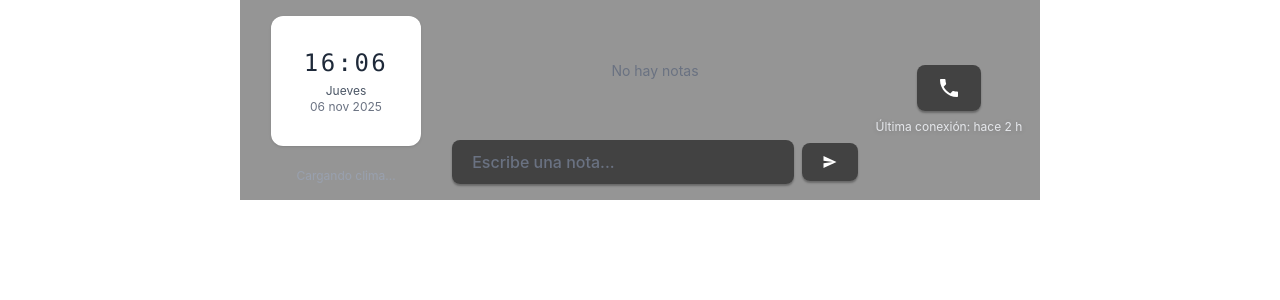
Repository: CodeByEvans/my-romantic-widget
Page: /
These files come from the project's save history. The page is drawn as it stood at one moment and after the next save; the edit follows.
The browser window is 1280 px wide. The pictures show the whole page.
The page's requests for data from a server got no answer. The project was rebuilt for these pictures with package versions that can differ from the ones it lists, and the page was loaded fresh each time. No one was signed in, and anything a server would have sent is missing. Also part of the build but not shown: vite.config.ts.

Above is the page before, as saved 2025-11-06 16:19:39.

### src/App.tsx
import "./App.css";
import { Clock } from "./components/Clock";
import { WeatherWidget } from "./components/WeatherWidget";
import { NotesList } from "./components/NotesList";
import { NoteInput } from "./components/NoteInput";
import { CallButton } from "./components/CallButton";

function App() {
  return (
    <main data-tauri-drag-region>
      {/* Clima + Reloj */}
      <section className="flex flex-col justify-between items-center h-full w-[180px] gap-2">
        <Clock />
        <WeatherWidget />
      </section>

      {/* Notas + input */}
      <section className="flex flex-col justify-between h-full flex-1">
        <NotesList />
        <NoteInput />
      </section>

      {/* Llamada */}
      <section className="flex flex-col justify-center items-center h-full w-[150px]">
        <CallButton />
        <p className="text-xs text-gray-200 mt-2 drop-shadow-sm">
          Última conexión: hace 2 h
        </p>
      </section>
    </main>
  );
}

export default App;

### src/App.css
@import "tailwindcss";

/* ======== CONFIGURACIÓN BASE ======== */
:root {
  font-family: Inter, Avenir, Helvetica, Arial, sans-serif;
  font-size: 16px;
  line-height: 24px;
  font-weight: 400;
  color: #f6f6f6;
  font-synthesis: none;
  text-rendering: optimizeLegibility;
  -webkit-font-smoothing: antialiased;
  -moz-osx-font-smoothing: grayscale;
  -webkit-text-size-adjust: 100%;
}

/* ======== ESTILO GLOBAL DE LA APP ======== */
main {
  position: relative;
  width: 800px;
  height: 200px;
  margin: 0 auto;
  display: flex;
  align-items: center;
  justify-content: space-between;
  gap: 1rem;
  padding: 1rem;

  /* Fondo cristal oscuro */
  background: rgba(20, 20, 20, 0.45);
  backdrop-filter: blur(18px) saturate(160%);
  -webkit-app-region: drag; /* Permitir mover la ventana */
}

/* ======== ELEMENTOS ======== */
input,
button {
  border-radius: 8px;
  border: 1px solid transparent;
  padding: 0.6em 1.2em;
  font-size: 1em;
  font-weight: 500;
  font-family: inherit;
  color: #fff;
  background-color: rgba(30, 30, 30, 0.7);
  transition: border-color 0.25s, background-color 0.25s;
  box-shadow: 0 2px 2px rgba(0, 0, 0, 0.3);
  -webkit-app-region: no-drag;
}

button:hover {
  border-color: #396cd8;
}

button:active {
  background-color: rgba(40, 40, 40, 0.7);
}

/* Enlaces */
a {
  font-weight: 500;
  color: #61dafb;
  text-decoration: inherit;
}

a:hover {
  color: #24c8db;
}

/* Otros elementos */
h1 {
  text-align: center;
}

### src/components/Clock.tsx
import { useEffect, useState } from "react";

export const Clock = () => {
  const [time, setTime] = useState(new Date());

  useEffect(() => {
    const interval = setInterval(() => {
      setTime(new Date());
    }, 1000);
    return () => clearInterval(interval);
  }, []);

  const hours = time.getHours().toString().padStart(2, "0");
  const minutes = time.getMinutes().toString().padStart(2, "0");

  const day = time.toLocaleDateString("es-ES", { weekday: "long" });
  const date = time.toLocaleDateString("es-ES", {
    day: "2-digit",
    month: "short",
    year: "numeric",
  });

  return (
    <div className="bg-white rounded-xl shadow-sm px-3 py-2 flex flex-col items-center justify-center w-[150px] h-[130px] backdrop-blur-sm">
      <p className="text-2xl font-mono tracking-widest text-gray-800">
        {hours}:{minutes}
      </p>
      <p className="text-xs text-gray-600 mt-1 capitalize">{day}</p>
      <p className="text-xs text-gray-500">{date}</p>
    </div>
  );
};

### src/components/WeatherWidget.tsx
import { JSX } from "react";
import { useWeather } from "../hooks/useWeather";
import {
  WiDaySunny,
  WiCloud,
  WiRain,
  WiSnow,
  WiThunderstorm,
  WiFog,
  WiDayHaze,
} from "react-icons/wi";

const weatherStyles: Record<string, { gradient: string; icon: JSX.Element }> = {
  Thunderstorm: {
    gradient: "from-indigo-800 via-purple-700 to-indigo-900 text-white",
    icon: <WiThunderstorm size={28} />,
  },
  Drizzle: {
    gradient: "from-sky-400 via-sky-500 to-blue-600 text-white",
    icon: <WiRain size={28} />,
  },
  Rain: {
    gradient: "from-blue-500 via-indigo-500 to-blue-700 text-white",
    icon: <WiRain size={28} />,
  },
  Snow: {
    gradient: "from-cyan-100 via-blue-100 to-blue-300 text-gray-700",
    icon: <WiSnow size={28} />,
  },
  Mist: {
    gradient: "from-gray-200 via-gray-300 to-gray-400 text-gray-800",
    icon: <WiFog size={28} />,
  },
  Haze: {
    gradient: "from-amber-200 via-amber-300 to-amber-400 text-gray-800",
    icon: <WiDayHaze size={28} />,
  },
  Clear: {
    gradient: "from-yellow-200 via-orange-300 to-pink-400 text-gray-900",
    icon: <WiDaySunny size={28} />,
  },
  Clouds: {
    gradient: "from-gray-300 via-gray-400 to-gray-600 text-gray-900",
    icon: <WiCloud size={28} />,
  },
  Fog: {
    gradient: "from-gray-300 via-gray-400 to-gray-500 text-gray-900",
    icon: <WiFog size={28} />,
  },
};

export const WeatherWidget = () => {
  const { data, loading, errorWeather } = useWeather();

  if (errorWeather)
    return <div className="text-xs text-red-400">{errorWeather}</div>;
  if (loading || !data)
    return <div className="text-xs text-gray-400">Cargando clima...</div>;

  const [city, info] = Object.entries(data)[0] || [];
  const temp = Math.round(info.main.temp);
  const condition = info.weather[0].main;

  const style = weatherStyles[condition] || weatherStyles["Clouds"];

  return (
    <div
      className={`relative flex flex-col items-center justify-center rounded-2xl
                  bg-gradient-to-br ${style.gradient} w-[150px] h-[100px]
                  backdrop-blur-md bg-opacity-70 shadow-[0_2px_10px_rgba(0,0,0,0.3)]
                  border border-white/20 overflow-hidden transition-all duration-500`}
    >
      {/* sutil capa de brillo animado */}
      <div className="absolute inset-0 bg-white/10 opacity-0 hover:opacity-20 transition-opacity duration-500" />

      {/* borde de reflejo superior */}
      <div className="absolute top-0 left-0 right-0 h-[1px] bg-white/40" />

      {/* contenido */}
      <div className="flex items-center gap-2">
        <div className="animate-pulse-slow">{style.icon}</div>
        <div className="flex flex-col items-start leading-tight">
          <h2 className="text-xs font-semibold tracking-wide drop-shadow-sm">
            {city}
          </h2>
          <p className="text-lg font-bold drop-shadow-sm">{temp}°C</p>
        </div>
      </div>
    </div>
  );
};

### src/components/NotesList.tsx
import { useRealTimeNotes } from "../hooks/useRealTimeNotes";

export const NotesList = () => {
  const notes = useRealTimeNotes();

  const sortedNotes = [...notes].sort(
    (a, b) =>
      new Date(b.created_at).getTime() - new Date(a.created_at).getTime()
  );

  const noteToShow = sortedNotes[0];
  if (!noteToShow)
    return (
      <div className="flex items-center justify-center h-[110px] text-gray-500 text-sm">
        No hay notas
      </div>
    );

  return (
    <div className="bg-white rounded-xl backdrop-blur-sm shadow-inner p-3 h-[110px] overflow-hidden">
      <div className="flex justify-between items-center mb-1">
        <h3 className="font-semibold text-sm text-gray-700">
          {noteToShow.from}
        </h3>
        <small className="text-xs text-gray-400">
          {new Date(noteToShow.created_at).toLocaleString()}
        </small>
      </div>
      <p className="text-gray-700 text-sm italic line-clamp-3">
        {noteToShow.message}
      </p>
    </div>
  );
};

### src/components/NoteInput.tsx
import { IoMdSend } from "react-icons/io";

export const NoteInput = () => {
  return (
    <form className="flex items-center gap-2 mt-2">
      <input
        type="text"
        placeholder="Escribe una nota..."
        className="flex-1 text-sm px-3 py-2 rounded-lg bg-white text-gray-800 placeholder-gray-500 focus:outline-none focus:ring-2 focus:ring-blue-300 transition-all"
      />
      <button
        type="submit"
        className="p-2 bg-blue-500 rounded-full text-white hover:bg-blue-600 transition-colors"
      >
        <IoMdSend size={16} />
      </button>
    </form>
  );
};

### src/components/CallButton.tsx
import { IoMdCall } from "react-icons/io";

export const CallButton = () => {
  return (
    <div className="flex flex-col items-center justify-center">
      <button className="p-4 bg-green-500 text-white rounded-full shadow-md hover:bg-green-600 hover:scale-105 transition-transform">
        <IoMdCall size={24} />
      </button>
    </div>
  );
};

### src/hooks/useWeather.ts
import { useEffect, useState } from "react";
import {
  getCityByCoordinates,
  getWeatherByCity,
} from "../services/weatherService";
import { WeatherData } from "../types/weather";
import { useGeolocation } from "./useGeolocation";

export const useWeather = () => {
  const { coords, error } = useGeolocation();
  const [data, setData] = useState<Record<string, WeatherData> | null>(null);
  const [loading, setLoading] = useState<boolean>(false);
  const [errorWeather, setErrorWeather] = useState<string | null>(null);

  useEffect(() => {
    if (error) setErrorWeather(error);
  }, [error]);

  useEffect(() => {
    if (!coords) return;

    const fetchWeather = async () => {
      setLoading(true);
      try {
        const city = await getCityByCoordinates(
          coords.latitude,
          coords.longitude
        );
        const weather = await getWeatherByCity(city[0].name);
        setData({ [city[0].name]: weather });
      } catch (error) {
        console.error(error);
      } finally {
        setLoading(false);
      }
    };

    fetchWeather();
  }, [coords]);

  return { data, loading, errorWeather };
};

### src/hooks/useRealTimeNotes.ts
import { useEffect, useState } from "react";
import z from "zod";
import { supabase } from "../services/supabaseClient";

const noteSchema = z.object({
  id: z.number(),
  from: z.string(),
  message: z.string(),
  created_at: z.string(),
});

type Note = z.infer<typeof noteSchema>;

export const useRealTimeNotes = () => {
  const [notes, setNotes] = useState<Note[]>([]);

  useEffect(() => {
    // Cargar notas iniciales
    supabase
      .from<"notes", Note>("notes")
      .select("*")
      .then(({ data, error }) => {
        if (data) {
          setNotes(data);
          console.log("Notas cargadas:", data);
        } else {
          console.error("Error fetching notes:", error);
        }
      });

    // Suscripción en tiempo real
    const channel = supabase
      .channel("public:notes")
      .on(
        "postgres_changes",
        { event: "*", schema: "public", table: "notes" },
        (payload) => {
          console.log("Cambio dettectado:", payload);

          if (payload.eventType === "INSERT") {
            const newNote = noteSchema.parse(payload.new);
            setNotes((prevNotes) => [...prevNotes, newNote]);
            console.log("Nota añadida:", newNote);
          } else if (payload.eventType === "UPDATE") {
            setNotes((prev) =>
              prev.map((note) =>
                note.id === payload.new.id
                  ? noteSchema.parse(payload.new)
                  : note
              )
            );
          } else if (payload.eventType === "DELETE") {
            setNotes((prev) =>
              prev.filter((note) => note.id !== payload.old.id)
            );
          }
        }
      )
      .subscribe();

    return () => {
      supabase.removeChannel(channel);
    };
  }, []);

  return notes;
};

### src/services/weatherService.ts
import { envs } from "../config/envs";

export const getWeatherByCity = async (city: string) => {
  const response = await fetch(
    `https://api.openweathermap.org/data/2.5/weather?q=${city}&appid=${envs.openWeatherApiKey}&units=metric`
  );

  if (!response.ok) {
    throw new Error("No se pudo obtener el clima");
  }
  return response.json();
};

export const getCityByCoordinates = async (lat: number, lon: number) => {
  const response = await fetch(
    `https://api.openweathermap.org/geo/1.0/reverse?lat=${lat}&lon=${lon}&limit=1&appid=${envs.openWeatherApiKey}`
  );

  if (!response.ok) {
    throw new Error("No se pudo obtener la ciudad");
  }

  return response.json();
};

### src/hooks/useGeolocation.ts
import { useEffect, useState } from "react";

export const useGeolocation = () => {
  const [coords, setCoords] = useState<{
    latitude: number;
    longitude: number;
  } | null>(null);
  const [error, setError] = useState<string | null>(null);

  useEffect(() => {
    if (!navigator.geolocation) {
      setError("Geolocalización no soportada por el navegador");
      return;
    }

    navigator.geolocation.getCurrentPosition(
      (position) => {
        setCoords({
          latitude: position.coords.latitude,
          longitude: position.coords.longitude,
        });
      },
      (err) => {
        setError(`Error obteniendo la geolocalización: ${err.message}`);
      }
    );
  }, []);

  return { coords, error };
};

### src/services/supabaseClient.ts
import { createClient } from "@supabase/supabase-js";
import { envs } from "../config/envs";

export const supabase = createClient(envs.supabaseUrl, envs.supabaseAnonKey, {
  realtime: {
    params: {
      eventsPerSecond: 10,
    },
  },
});

### src/config/envs.ts
import * as z from "zod";

const envSchema = z.object({
  VITE_SUPABASE_URL: z.string().url(),
  VITE_SUPABASE_ANON_KEY: z.string().min(1),
  VITE_OPEN_WEATHER_API_KEY: z.string().min(1),
});

const parsed = envSchema.parse(import.meta.env);

export const envs = {
  supabaseUrl: parsed.VITE_SUPABASE_URL,
  supabaseAnonKey: parsed.VITE_SUPABASE_ANON_KEY,
  openWeatherApiKey: parsed.VITE_OPEN_WEATHER_API_KEY,
};

Loaded but not shown: index.html (common file); src/main.tsx (common file)

After the next save:
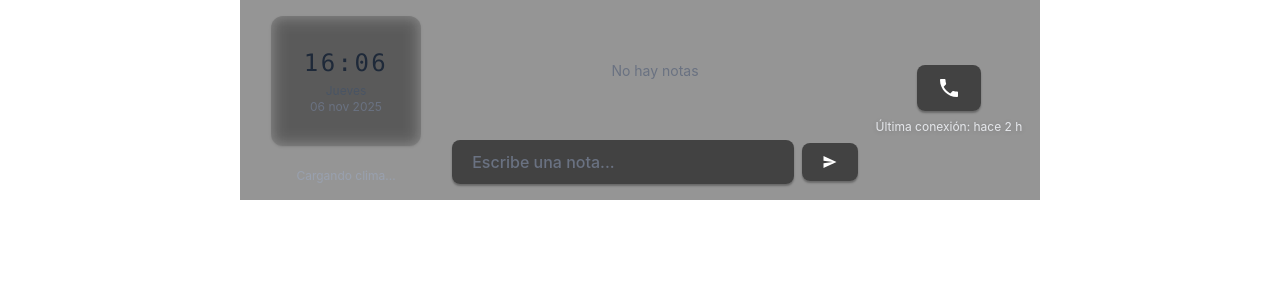
Saved 5 s later.
--- a/src/components/Clock.tsx
+++ b/src/components/Clock.tsx
@@ -21,7 +21,7 @@
   });
 
   return (
-    <div className="bg-white rounded-xl shadow-sm px-3 py-2 flex flex-col items-center justify-center w-[150px] h-[130px] backdrop-blur-sm">
+    <div className=" rounded-xl shadow-sm px-3 py-2 flex flex-col items-center justify-center w-[150px] h-[130px] backdrop-blur-sm">
       <p className="text-2xl font-mono tracking-widest text-gray-800">
         {hours}:{minutes}
       </p>

After the 2 saves that followed:
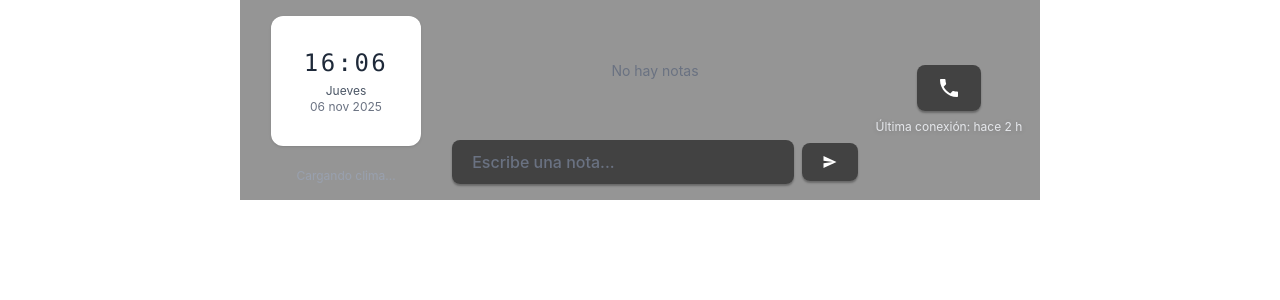
The 2 saves are shown as one change because 1 left the picture as it was.
The last was saved 9 s later.
--- a/src/components/Clock.tsx
+++ b/src/components/Clock.tsx
@@ -21,7 +21,7 @@
   });
 
   return (
-    <div className=" rounded-xl shadow-sm px-3 py-2 flex flex-col items-center justify-center w-[150px] h-[130px] backdrop-blur-sm">
+    <div className="bg-white rounded-xl shadow-sm px-3 py-2 flex flex-col items-center justify-center w-[150px] h-[130px] backdrop-blur-sm">
       <p className="text-2xl font-mono tracking-widest text-gray-800">
         {hours}:{minutes}
       </p>
